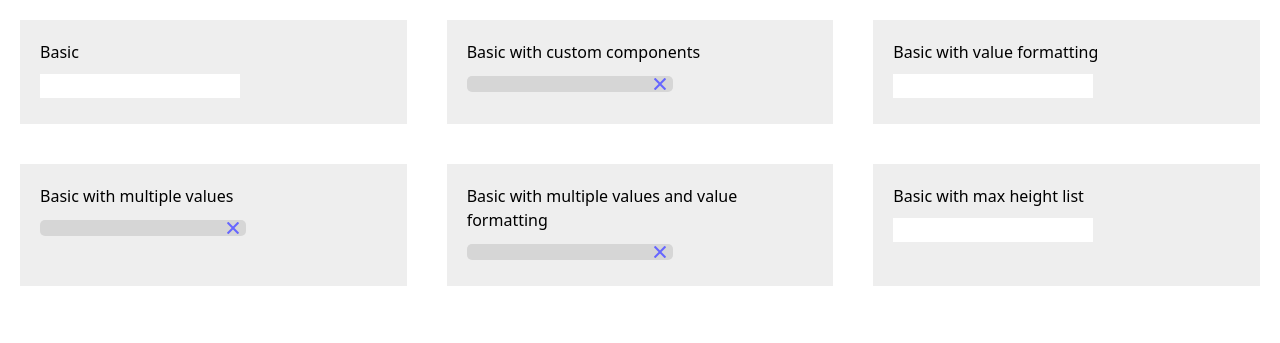
Repository: Frexity/frx-react
Page: / (app in ui/react-select/)
An editor plug-in stored every save of this project. The page is shown before and after the next save, followed by the edit.
The browser window is 1280 px wide. The pictures show the whole page.
Some web libraries are served in a nearby version. The project was rebuilt for these pictures with package versions that can differ from the ones it lists, and the page was loaded fresh each time. Also part of the build but not shown: ui/react-select/vite.config.ts, ui/react-select/src/CustomSelectComponents/ListLoadingIndicator.tsx, ui/react-select/src/dummy-components/ControlLoadingIndicator.tsx, ui/react-select/src/dummy-components/ListLoadingIndicator.tsx.

Above is the page before, as saved 2022-08-21 01:26:25.

After the next save:
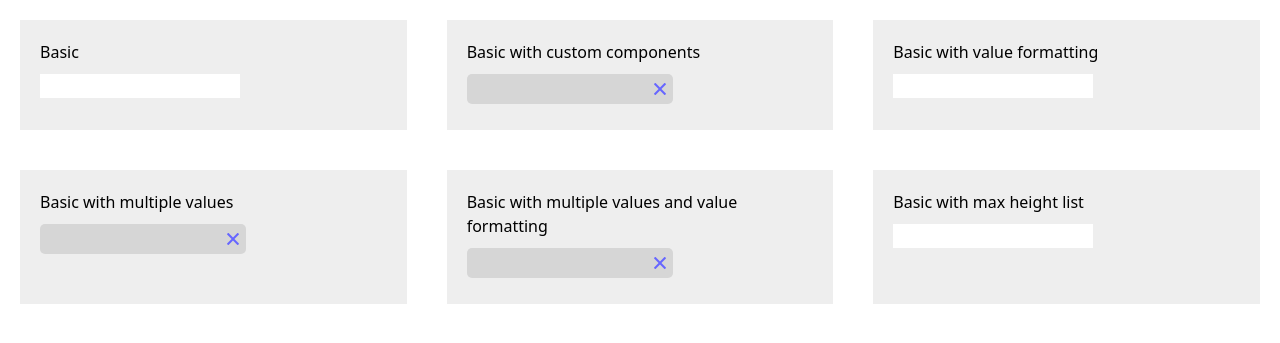
Saved 42 s later.
--- a/ui/react-select/src/CustomSelectComponents/ValueContainer.tsx
+++ b/ui/react-select/src/CustomSelectComponents/ValueContainer.tsx
@@ -2,5 +2,5 @@ import { memo } from 'react'
 import { ValueContainerComponentProps } from '../Select/types'
 
 export const ValueContainer = memo(({ children }: ValueContainerComponentProps) => {
-  return <div style={{ width: 200, backgroundColor: '#pink', padding: '5px 10px' }}>{children}</div>
+  return <div style={{ width: 200, backgroundColor: '#pink', minHeight: 24, padding: '5px 10px' }}>{children}</div>
 })
